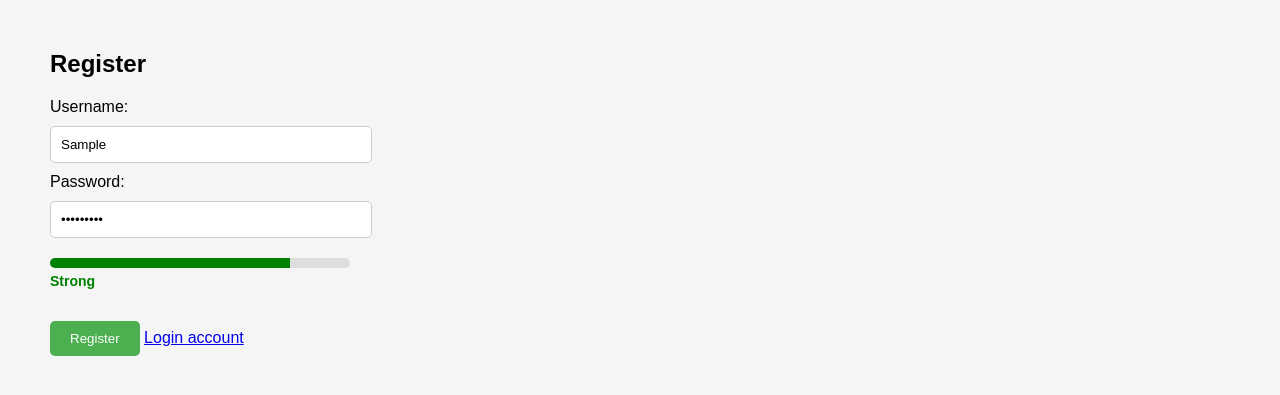
Repository: wolvicjohn/argon2
Page: http://localhost/register.php
These files come from the project's save history. The page is drawn as it stood at one moment and after the next save; the edit follows.
The browser window is 1280 px wide. The pictures show the whole page.
Empty fields were first filled with sample values (such as "Sample", 5 or name@example.com).
After loading, the first visible `#password` was changed once.
The page is run by PHP 8.4 with error messages shown; the project is at /var/www/html/.

Above is the page before, as saved 2024-10-18 01:04:38.

### register.php
<!DOCTYPE html>
<html lang="en">
<head>
    <meta charset="UTF-8">
    <title>Register</title>
    <style>
        body {
            font-family: Arial, sans-serif;
            margin: 50px;
            background-color: #f5f5f5;
        }

        input {
            margin: 10px 0;
            padding: 10px;
            width: 300px;
            border: 1px solid #ccc;
            border-radius: 5px;
        }

        button {
            padding: 10px 20px;
            cursor: pointer;
            background-color: #4CAF50;
            color: white;
            border: none;
            border-radius: 5px;
        }

        .password-strength {
            margin-top: 10px;
            height: 10px;
            width: 300px;
            background-color: #ddd;
            border-radius: 5px;
            overflow: hidden;
        }

        .strength-bar {
            height: 100%;
            width: 0%;
            transition: width 0.3s ease-in-out;
        }

        .strength-weak {
            background-color: red;
        }

        .strength-medium {
            background-color: orange;
        }

        .strength-strong {
            background-color: green;
        }

        .message {
            margin-top: 5px;
            font-size: 14px;
            font-weight: bold;
        }
    </style>
</head>
<body>
    <h2>Register</h2>
    <form action="register.php" method="POST">
        <label for="username">Username:</label><br>
        <input type="text" name="username" id="username" required><br>

        <label for="password">Password:</label><br>
        <input type="password" name="password" id="password" required><br>

        <div class="password-strength">
            <div class="strength-bar" id="strength-bar"></div>
        </div>
        <p class="message" id="strength-text">Enter a password</p><br>

        <button type="submit">Register</button>
        <a href="login.php">Login account</a>
    </form>

    <script>
        const passwordInput = document.getElementById('password');
        const strengthBar = document.getElementById('strength-bar');
        const strengthText = document.getElementById('strength-text');

        passwordInput.addEventListener('input', () => {
            const password = passwordInput.value;
            const strength = calculateStrength(password);
            updateStrengthMeter(strength);
        });

        function calculateStrength(password) {
            let strength = 0;

            if (password.length >= 8) strength++;
            if (/[A-Z]/.test(password)) strength++;
            if (/[a-z]/.test(password)) strength++;
            if (/[0-9]/.test(password)) strength++;
            if (/[^A-Za-z0-9]/.test(password)) strength++;

            return strength;
        }

        function updateStrengthMeter(strength) {
            // Reset the strength bar
            strengthBar.className = 'strength-bar';
            strengthBar.style.width = `${strength * 20}%`;  // Dynamically set the width

            // Set the color and text based on strength
            if (strength <= 1) {
                strengthBar.classList.add('strength-weak');
                strengthText.textContent = 'Weak';
                strengthText.style.color = 'red';
            } else if (strength <= 3) {
                strengthBar.classList.add('strength-medium');
                strengthText.textContent = 'Medium';
                strengthText.style.color = 'orange';
            } else {
                strengthBar.classList.add('strength-strong');
                strengthText.textContent = 'Strong';
                strengthText.style.color = 'green';
            }
        }
    </script>
</body>
</html>

After the next save:
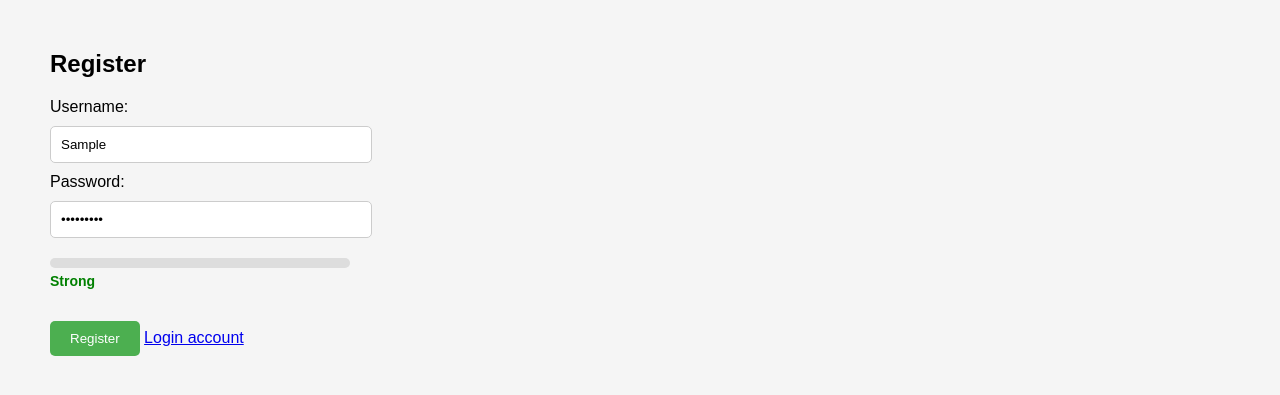
Saved 4 s later.
--- a/register.php
+++ b/register.php
@@ -1,5 +1,47 @@
+<?php
+// Database connection
+$host = 'localhost';
+$db = 'argon2_auth';
+$user = 'root'; // Your database username
+$pass = '';     // Your database password
+
+$dsn = "mysql:host=$host;dbname=$db;charset=utf8mb4";
+$options = [
+    PDO::ATTR_ERRMODE => PDO::ERRMODE_EXCEPTION,
+    PDO::ATTR_DEFAULT_FETCH_MODE => PDO::FETCH_ASSOC,
+];
+
+try {
+    $pdo = new PDO($dsn, $user, $pass, $options);
+} catch (PDOException $e) {
+    die("Database connection failed: " . $e->getMessage());
+}
+
+if ($_SERVER['REQUEST_METHOD'] === 'POST') {
+    $username = $_POST['username'];
+    $password = $_POST['password'];
+
+    // Check if username exists
+    $stmt = $pdo->prepare('SELECT id FROM users WHERE username = ?');
+    $stmt->execute([$username]);
+    if ($stmt->fetch()) {
+        die('Username already taken');
+    }
+
+    // Hash password with Argon2
+    $passwordHash = password_hash($password, PASSWORD_ARGON2ID);
+
+    // Insert user into database
+    $stmt = $pdo->prepare('INSERT INTO users (username, password_hash) VALUES (?, ?)');
+    $stmt->execute([$username, $passwordHash]);
+
+    echo "User registered successfully!";
+}
+?>
+
 <!DOCTYPE html>
 <html lang="en">
+
 <head>
     <meta charset="UTF-8">
     <title>Register</title>
@@ -38,8 +80,8 @@
 
         .strength-bar {
             height: 100%;
-            width: 0%;
-            transition: width 0.3s ease-in-out;
+            width: 0;
+            transition: width 0.3s;
         }
 
         .strength-weak {
@@ -61,6 +103,7 @@
         }
     </style>
 </head>
+
 <body>
     <h2>Register</h2>
     <form action="register.php" method="POST">
@@ -86,7 +129,11 @@
 
         passwordInput.addEventListener('input', () => {
             const password = passwordInput.value;
+            console.log(`Password entered: ${password}`); // Debugging
+
             const strength = calculateStrength(password);
+            console.log(`Password strength: ${strength}`); // Debugging
+
             updateStrengthMeter(strength);
         });
 
@@ -103,20 +150,21 @@
         }
 
         function updateStrengthMeter(strength) {
-            // Reset the strength bar
-            strengthBar.className = 'strength-bar';
-            strengthBar.style.width = `${strength * 20}%`;  // Dynamically set the width
+            strengthBar.className = '';  // Reset class
+            strengthText.className = 'message'; // Reset message styling
 
-            // Set the color and text based on strength
             if (strength <= 1) {
+                strengthBar.style.width = '20%';
                 strengthBar.classList.add('strength-weak');
                 strengthText.textContent = 'Weak';
                 strengthText.style.color = 'red';
             } else if (strength <= 3) {
+                strengthBar.style.width = '60%';
                 strengthBar.classList.add('strength-medium');
                 strengthText.textContent = 'Medium';
                 strengthText.style.color = 'orange';
             } else {
+                strengthBar.style.width = '100%';
                 strengthBar.classList.add('strength-strong');
                 strengthText.textContent = 'Strong';
                 strengthText.style.color = 'green';
@@ -124,4 +172,5 @@
         }
     </script>
 </body>
+
 </html>

After the 2 saves that followed:
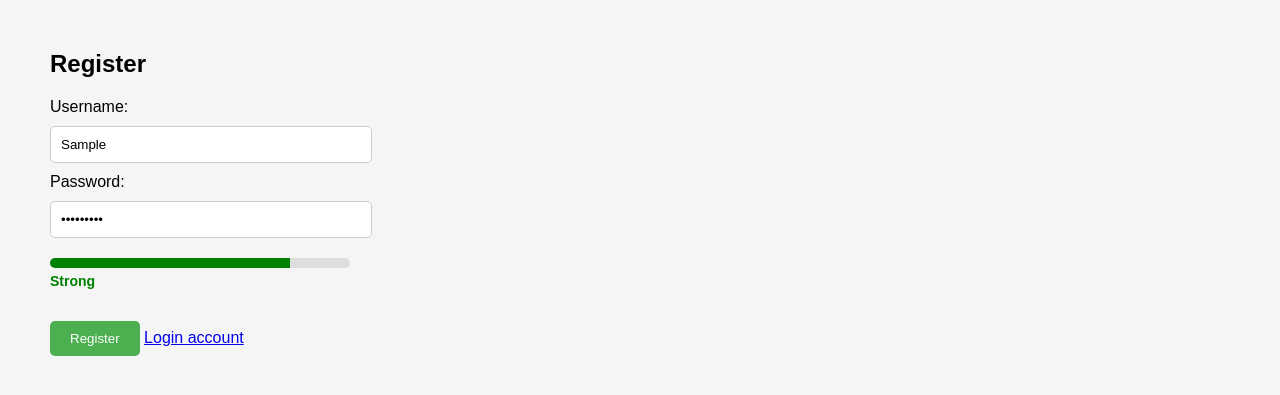
The 2 saves are shown as one change because they came seconds apart.
The last was saved 16 s later.
--- a/register.php
+++ b/register.php
@@ -38,7 +38,6 @@
     echo "User registered successfully!";
 }
 ?>
-
 <!DOCTYPE html>
 <html lang="en">
 
@@ -80,8 +79,8 @@
 
         .strength-bar {
             height: 100%;
-            width: 0;
-            transition: width 0.3s;
+            width: 0%;
+            transition: width 0.3s ease-in-out;
         }
 
         .strength-weak {
@@ -129,11 +128,7 @@
 
         passwordInput.addEventListener('input', () => {
             const password = passwordInput.value;
-            console.log(`Password entered: ${password}`); // Debugging
-
             const strength = calculateStrength(password);
-            console.log(`Password strength: ${strength}`); // Debugging
-
             updateStrengthMeter(strength);
         });
 
@@ -150,21 +145,20 @@
         }
 
         function updateStrengthMeter(strength) {
-            strengthBar.className = '';  // Reset class
-            strengthText.className = 'message'; // Reset message styling
+            // Reset the strength bar
+            strengthBar.className = 'strength-bar';
+            strengthBar.style.width = `${strength * 20}%`;  // Dynamically set the width
 
+            // Set the color and text based on strength
             if (strength <= 1) {
-                strengthBar.style.width = '20%';
                 strengthBar.classList.add('strength-weak');
                 strengthText.textContent = 'Weak';
                 strengthText.style.color = 'red';
             } else if (strength <= 3) {
-                strengthBar.style.width = '60%';
                 strengthBar.classList.add('strength-medium');
                 strengthText.textContent = 'Medium';
                 strengthText.style.color = 'orange';
             } else {
-                strengthBar.style.width = '100%';
                 strengthBar.classList.add('strength-strong');
                 strengthText.textContent = 'Strong';
                 strengthText.style.color = 'green';
